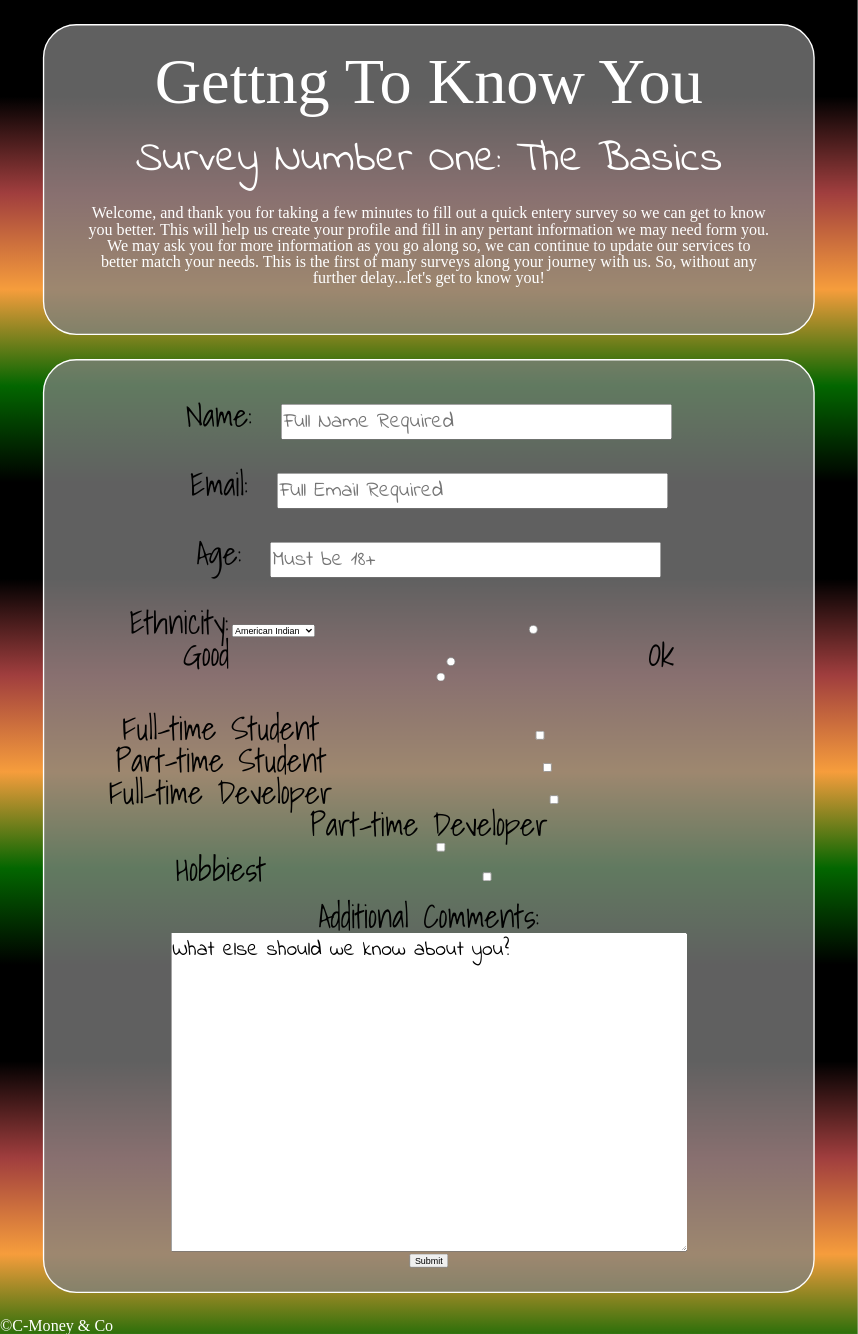
Repository: ctcoleman/surveyForm
Page: index.html
These files come from the project's save history. The page is drawn as it stood at one moment and after the next save; the edit follows.
The browser window is 1280 px wide. The pictures show the whole page, at 67% of full size.
Some web fonts or font styles are not loaded; a fallback is used.

Above is the page before, as saved 2020-06-29 11:26:34.

After the next save:
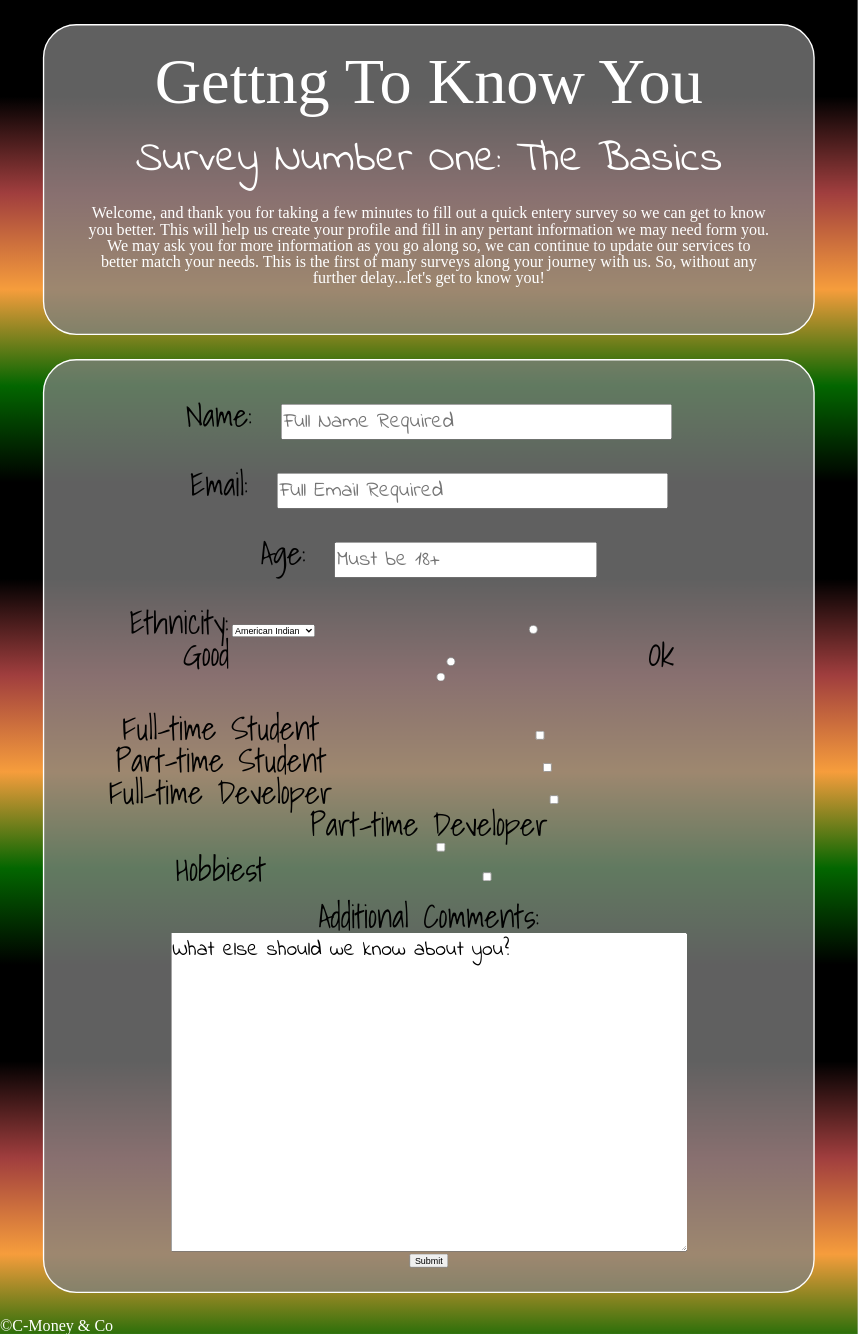
Saved 4 s later.
--- a/assets/stylesheets/index.css
+++ b/assets/stylesheets/index.css
@@ -140,7 +140,7 @@ header {
 === Age Styling ===
 */
 #number {
-  width:
+  width: 40%;
 }
 
 /*

After the 4 saves that followed:
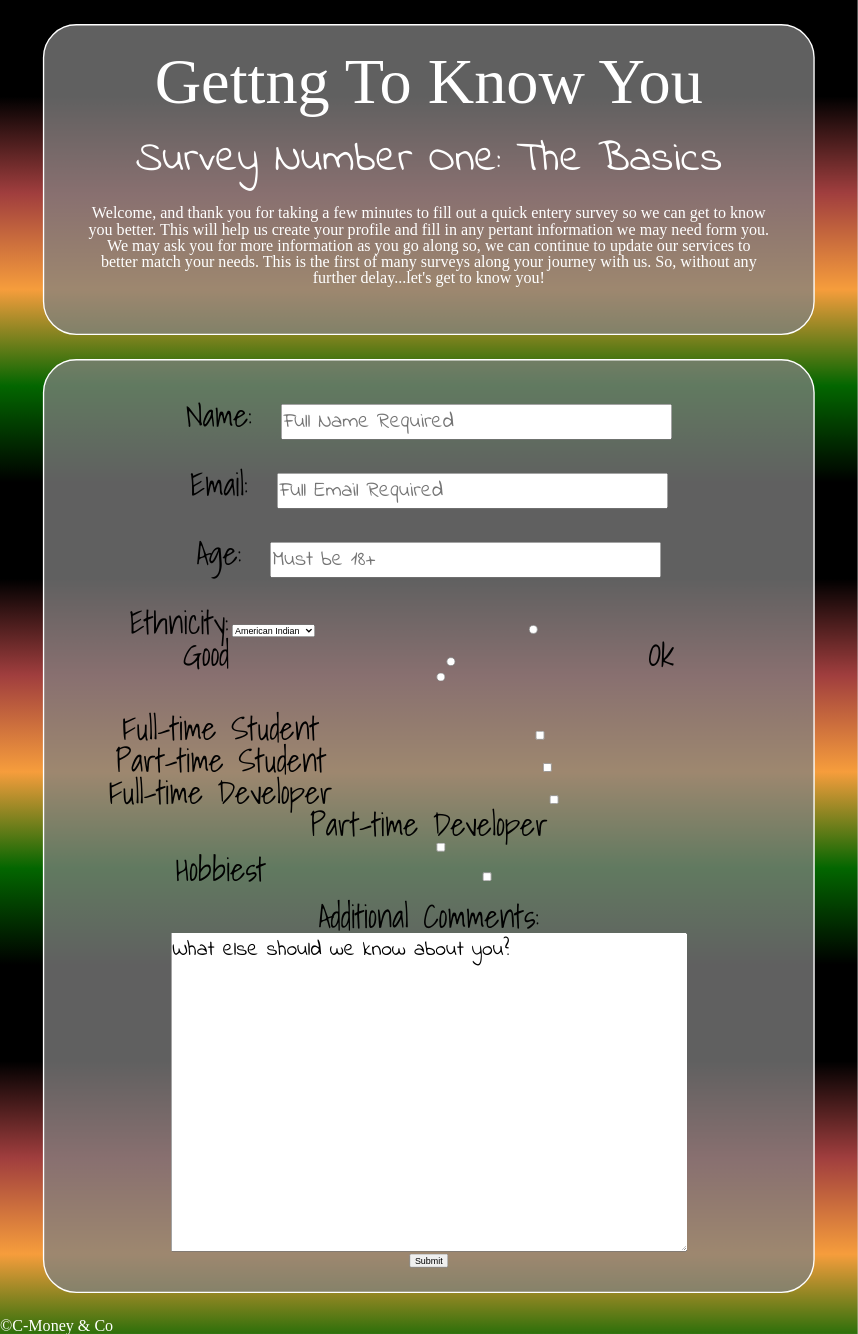
The 4 saves are shown as one change because 1 left the picture as it was and some came seconds apart.
The last was saved 30 s later.
--- a/assets/stylesheets/index.css
+++ b/assets/stylesheets/index.css
@@ -135,6 +135,7 @@ header {
   margin-left: 3vw;
   width: 60%;
 }
+.fromEntery
 
 /*
 === Age Styling ===
@@ -144,8 +145,10 @@ header {
 }
 
 /*
-=== Radio Button Styling ===
+=== Ethnicity Radio Button Styling ===
 */
+
+
 
 /*
 === Checkbox Styling ===
